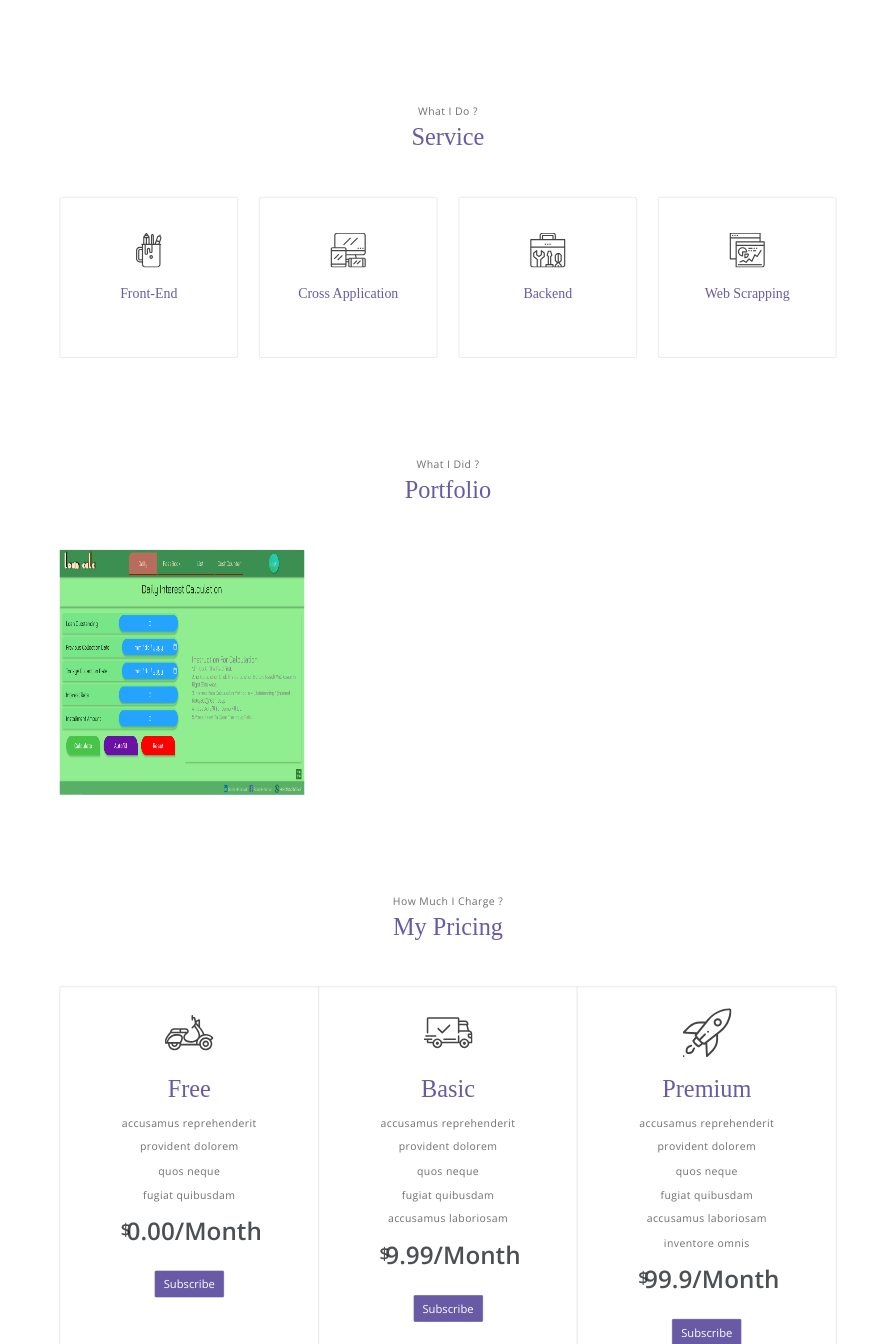
Repository: Soab42/portfolio
Page: /
The author's editor kept a copy of each file at every save. The page is drawn from the files as they stood at one save, then again after the next save.
The browser window is 1280 px wide. The pictures show the part of the page from y = 1175 to 3095 px (the page is 5436 px tall), at 70% of full size.
Some web fonts or font styles are not loaded; a fallback is used. The project was rebuilt for these pictures with package versions that can differ from the ones it lists, and the page was loaded fresh each time. The framework's server and built-in components were replaced by stand-ins that run in the browser. Also part of the build but not shown: next.config.js.

Above is the page before, as saved 2023-10-09 14:14:09.

### app/layout.js
import "./globals.css";

export const metadata = {
  title: "syfuddhin",
  description: "Portfolio application for Soab Mahmud Syfuddhin",
};

export default function RootLayout({ children }) {
  return (
    <html lang="en">
      <body>{children}</body>
    </html>
  );
}

### app/page.js
/* eslint-disable @next/next/no-sync-scripts */
"use client";

import Nav from "@/components/Nav";
import "../public/assets/css/meyawo.css";
import { useEffect, useState } from "react";
import Heaader from "@/components/Heaader";
import About from "@/components/About";
import Service from "@/components/Service";
import Portfolio from "@/components/Portfolio";
import Pricing from "@/components/Pricing";
import Testmonial from "@/components/Testmonial";
import Contact from "@/components/Contact";
import Footer from "@/components/Footer";
import Blog from "@/components/Blog";
import Hire from "@/components/Hire";

export default function Home() {
  // Function to update scroll position
  const [scroll, setScroll] = useState(false);
  const updateScrollPosition = () => {
    const currentPosition =
      window.pageYOffset || document.documentElement.scrollTop;
    if (currentPosition >= 600) {
      setScroll(true);
    } else {
      setScroll(false);
    }
  };
  // Add scroll event listener on component mount
  useEffect(() => {
    window.addEventListener("scroll", updateScrollPosition);
    return () => {
      // Clean up the event listener on component unmount
      window.removeEventListener("scroll", updateScrollPosition);
    };
  }, []);

  return (
    <body>
      {/* <!-- Page Navbar --> */}
      <Nav scroll={scroll} />
      {/* <!-- End of Page Navbar --> */}
      {/* <!-- page header --> */}
      <Heaader />
      {/* <!-- end of page header --> */}
      {/* <!-- about section --> */}
      <About />
      {/* <!-- end of about section --> */}
      {/* <!-- service section --> */}
      <Service />
      {/* <!-- end of service section --> */}
      {/* <!-- portfolio section --> */}
      <Portfolio />
      {/* <!-- end of portfolio section --> */}
      {/* <!-- pricing section --> */}
      <Pricing />
      {/* <!-- end of pricing section --> */}
      {/* <!-- section --> */}
      <Hire />
      {/* <!-- end of section --> */}
      {/* <!-- testimonial section --> */}
      <Testmonial />
      {/* <!-- end of testimonial section --> */}
      {/* <!-- blog section --> */}
      <Blog />
      {/* <!-- end of blog section --> */}
      {/* <!-- contact section --> */}
      <Contact />
      {/* <!-- end of contact section --> */}
      {/* <!-- footer --> */}
      <Footer />
    </body>
  );
}

### components/Nav.js
import { setupNavigation } from "@/public/assets/js/soab";
import React from "react";

export default function Nav({ scroll }) {
  return (
    <nav className={`custom-navbar ${scroll && "affix"}`}>
      <div className="container">
        <a className="logo" href="#">
          .Syfuddhin
        </a>
        <ul className="nav">
          <li className="item">
            <a className="link" href="#home">
              Home
            </a>
          </li>
          <li className="item">
            <a className="link" href="#about">
              About
            </a>
          </li>
          <li className="item">
            <a className="link" href="#portfolio">
              Portfolio
            </a>
          </li>
          <li className="item">
            <a className="link" href="#testmonial">
              Testmonial
            </a>
          </li>
          <li className="item">
            <a className="link" href="#blog">
              Blog
            </a>
          </li>
          <li className="item">
            <a className="link" href="#contact">
              Contact
            </a>
          </li>
          <li className="item ml-md-3">
            <a href="components.html" className="btn btn-primary">
              Components
            </a>
          </li>
        </ul>
        <btn
          href="#"
          id="nav-toggle"
          onClick={() => setupNavigation()}
          className="hamburger hamburger--elastic"
        >
          <div className="hamburger-box">
            <div className="hamburger-inner"></div>
          </div>
        </btn>
      </div>
    </nav>
  );
}

### components/Heaader.js
import React from "react";

export default function Heaader() {
  return (
    <header id="home" className="header">
      <div className="overlay"></div>
      <div className="header-content container">
        <h1 className="header-title">
          <span className="up">HI!</span>
          <span className="down">I am Soab Mahmud </span>
        </h1>
        <p className="header-subtitle">FRONTEND WEB DEVELOPER</p>

        <a href="#portfolio" className="btn btn-primary">
          Visit My Works
        </a>
      </div>
    </header>
  );
}

### components/About.js
import Image from "next/image";
import React from "react";

export default function About() {
  return (
    <section className="section pt-5 bg-white" id="about">
      {/* <!-- container --> */}
      <div className="container text-center">
        {/* <!-- about wrapper --> */}
        <div className="about">
          <div className="about-img-holder">
            <Image
              width={600}
              height={400}
              src="/assets/imgs/man.png"
              className="about-img"
              alt="Download free bootstrap 4 landing page, free boootstrap 4 templates, Download free bootstrap 4.1 landing page, free boootstrap 4.1.1 templates, meyawo Landing page"
            />
          </div>
          <div className="about-caption">
            <p className="section-subtitle">Who Am I ?</p>
            <h2 className="section-title mb-3">About Me</h2>
            <div>
              <span>
                I am a dedicated web developer with a passion for creating
                digital experiences that leave a mark.
              </span>

              <span>
                Beyond the screen, I&apos;m a sports enthusiast, finding joy in
                playing cricket and football under the open sky. Traveling is my
                escape, as it exposes me to diverse cultures and fuels my
                creativity. Writing is not just a skill; it&apos;s an art form I
                cherish. Honesty is my cornerstone, and teamwork is my strength.
              </span>
              <span>
                I&apos;m a diligent, quick learner who thrives on challenges and
                embraces them as opportunities. My hunger for knowledge is
                insatiable, and I relish acquiring new skills and exploring the
                ever-evolving world of web development. Every day is a chance to
                grow and innovate.
                <hr />
              </span>
            </div>
            <button className="btn-rounded btn btn-outline-primary mt-4">
              Download CV
            </button>
          </div>
        </div>
        {/* <!-- end of about wrapper --> */}
      </div>
      {/* <!-- end of container --> */}
    </section>
  );
}

### components/Service.js
import Image from "next/image";
import React from "react";

export default function Service() {
  return (
    <section className="section bg-white" id="service">
      <div className="container text-center">
        <p className="section-subtitle">What I Do ?</p>
        <h5 className="section-title mb-6">Service</h5>

        {/* <!-- row --> */}
        <div className="row ">
          <div className="col-md-6 col-lg-3">
            <div className="service-card">
              <div className="body">
                <Image
                  width={60}
                  height={50}
                  src="/assets/imgs/pencil-case.svg"
                  alt="Download free bootstrap 4 landing page, free boootstrap 4 templates, Download free bootstrap 4.1 landing page, free boootstrap 4.1.1 templates, meyawo Landing page"
                  className="icon"
                />
                <h5 className="title">Front-End</h5>
                <p className="subtitle">
                  I craft engaging web interfaces ensuring seamless user
                  experiences and captivating designs.
                </p>
              </div>
            </div>
          </div>
          <div className="col-md-6 col-lg-3">
            <div className="service-card">
              <div className="body">
                <Image
                  width={60}
                  height={50}
                  src="/assets/imgs/responsive.svg"
                  alt="Download free bootstrap 4 landing page, free boootstrap 4 templates, Download free bootstrap 4.1 landing page, free boootstrap 4.1.1 templates, meyawo Landing page"
                  className="icon"
                />

                <h5 className="title">Cross Application</h5>
                <p className="subtitle">
                  I create cross-platform mobile applications using Flutter and
                  React Native for efficient and versatile app development.
                </p>
              </div>
            </div>
          </div>
          <div className="col-md-6 col-lg-3">
            <div className="service-card">
              <div className="body">
                <Image
                  width={60}
                  height={50}
                  src="/assets/imgs/toolbox.svg"
                  alt="Download free bootstrap 4 landing page, free boootstrap 4 templates, Download free bootstrap 4.1 landing page, free boootstrap 4.1.1 templates, meyawo Landing page"
                  className="icon"
                />
                <h5 className="title">Backend</h5>
                <p className="subtitle">
                  Offering backend development services, I create efficient,
                  secure, and scalable solutions for your applications.
                </p>
              </div>
            </div>
          </div>
          <div className="col-md-6 col-lg-3">
            <div className="service-card">
              <div className="body">
                <Image
                  width={60}
                  height={50}
                  src="/assets/imgs/analytics.svg"
                  alt="Download free bootstrap 4 landing page, free boootstrap 4 templates, Download free bootstrap 4.1 landing page, free boootstrap 4.1.1 templates, meyawo Landing page"
                  className="icon"
                />
                <h5 className="title">Web Scrapping</h5>
                <p className="subtitle">
                  I provide web scraping services, extracting data from websites
                  ensuring accurate and ethical data retrieval.
                </p>
              </div>
            </div>
          </div>
        </div>
        {/* <!-- end of row --> */}
      </div>
    </section>
  );
}

### components/Portfolio.js
import { projects } from "@/data/projects";
import Image from "next/image";
import ProjectsCard from "./ProjectsCard";

export default function Portfolio() {
  return (
    <section className="section bg-white" id="portfolio">
      <div className="container text-center">
        <p className="section-subtitle">What I Did ?</p>
        <h5 className="section-title mb-6">Portfolio</h5>

        {/* <!-- row --> */}
        <div className="row">
          {projects.map((project) => (
            <ProjectsCard key={project.imgLink} project={project} />
          ))}
          {/* <div className="col-md-4">
            <a href="#" className="portfolio-card">
              <Image
                width={350}
                height={350}
                src="/assets/imgs/folio-1.jpg"
                className="portfolio-card-img"
                alt="Download free bootstrap 4 landing page, free boootstrap 4 templates, Download free bootstrap 4.1 landing page, free boootstrap 4.1.1 templates, meyawo Landing page"
              />
              <span className="portfolio-card-overlay">
                <span className="portfolio-card-caption">
                  <h4>Web Designing</h4>
                  <p className="font-weight-normal">Category: Web Templates</p>
                </span>
              </span>
            </a>
          </div>
          <div className="col-md-4">
            <a href="#" className="portfolio-card">
              <Image
                width={350}
                height={350}
                className="portfolio-card-img img-responsive rounded"
                src="/assets/imgs/folio-2.jpg"
                alt="Download free bootstrap 4 landing page, free boootstrap 4 templates, Download free bootstrap 4.1 landing page, free boootstrap 4.1.1 templates, meyawo Landing page"
              />
              <span className="portfolio-card-overlay">
                <span className="portfolio-card-caption">
                  <h4>Web Designing</h4>
                  <p className="font-weight-normal">Category: Web Templates</p>
                </span>
              </span>
            </a>
          </div>
          <div className="col-md-4">
            <a href="#" className="portfolio-card">
              <Image
                width={350}
                height={350}
                className="portfolio-card-img img-responsive rounded"
                src="/assets/imgs/folio-3.jpg"
                alt="Download free bootstrap 4 landing page, free boootstrap 4 templates, Download free bootstrap 4.1 landing page, free boootstrap 4.1.1 templates, meyawo Landing page"
              />
              <span className="portfolio-card-overlay">
                <span className="portfolio-card-caption">
                  <h4>Web Designing</h4>
                  <p className="font-weight-normal">Category: Web Templates</p>
                </span>
              </span>
            </a>
          </div> */}
        </div>
        {/* <!-- end of row --> */}
      </div>
      {/* <!-- end of container --> */}
    </section>
  );
}

### components/Testmonial.js
import Image from "next/image";
import React from "react";

export default function Testmonial() {
  return (
    <section className="section bg-white" id="testmonial">
      <div className="container text-center">
        <p className="section-subtitle">What Think Client About Me ?</p>
        <h5 className="section-title mb-6">Testmonial</h5>

        {/* <!-- row --> */}
        <div className="row">
          <div className="col-md-6">
            <div className="testimonial-card">
              <div className="testimonial-card-img-holder">
                <Image
                  width={80}
                  height={70}
                  src="/assets/imgs/avatar2.jpg"
                  className="testimonial-card-img"
                  alt="Download free bootstrap 4 landing page, free boootstrap 4 templates, Download free bootstrap 4.1 landing page, free boootstrap 4.1.1 templates, meyawo Landing page"
                />
              </div>
              <div className="testimonial-card-body">
                <p className="testimonial-card-subtitle">
                  Lorem ipsum dolor sit amet, consectetur adipisicing elit.
                  Eaque doloribus autem aperiam earum nostrum omnis blanditiis
                  corporis perspiciatis adipisci nihil.
                </p>
                <h5 className="testimonial-card-title">Emily Reb</h5>
              </div>
            </div>
          </div>
          <div className="col-md-6">
            <div className="testimonial-card">
              <div className="testimonial-card-img-holder">
                <Image
                  width={80}
                  height={70}
                  src="/assets/imgs/avatar3.jpg"
                  className="testimonial-card-img"
                  alt="Download free bootstrap 4 landing page, free boootstrap 4 templates, Download free bootstrap 4.1 landing page, free boootstrap 4.1.1 templates, meyawo Landing page"
                />
              </div>
              <div className="testimonial-card-body">
                <p className="testimonial-card-subtitle">
                  Lorem ipsum dolor sit amet, consectetur adipisicing elit.
                  Eaque doloribus autem aperiam earum nostrum omnis blanditiis
                  corporis perspiciatis adipisci nihil.
                </p>
                <h5 className="testimonial-card-title">Emily Reb</h5>
              </div>
            </div>
          </div>
        </div>
      </div>
      {/* <!-- end of container --> */}
    </section>
  );
}

### components/Contact.js
import React from "react";

export default function Contact() {
  return (
    <section className="section bg-white" id="contact">
      <div className="container text-center">
        <p className="section-subtitle">How can you communicate?</p>
        <h5 className="section-title mb-5">Contact Me</h5>

        {/* <!-- contact form --> */}
        <form action="" className="contact-form col-md-10 col-lg-8 m-auto">
          <div className="form-row">
            <div className="form-group col-sm-6">
              <input
                type="text"
                size="50"
                className="form-control"
                placeholder="Your Name"
                required={true}
              />
            </div>
            <div className="form-group col-sm-6">
              <input
                type="email"
                className="form-control"
                placeholder="Enter Email"
                required={true}
              />
            </div>
            <div className="form-group col-sm-12">
              <textarea
                name="comment"
                id="comment"
                rows="6"
                className="form-control"
                placeholder="Write Something"
              ></textarea>
            </div>
            <div className="form-group col-sm-12 mt-3">
              <input
                type="submit"
                value="Send Message"
                className="btn btn-outline-primary rounded"
              />
            </div>
          </div>
        </form>
        {/* <!-- end of contact form --> */}
      </div>
      {/* <!-- end of container --> */}
    </section>
  );
}

### components/Footer.js
import React from "react";
import {
  FaFacebook,
  FaFacebookF,
  FaGithub,
  FaGoogle,
  FaInstagram,
  FaLinkedin,
  FaLinkedinIn,
  FaWhatsapp,
} from "react-icons/fa";
import {
  TiMail,
  TiSocialFacebook,
  TiSocialGithub,
  TiSocialInstagram,
  TiSocialLinkedin,
} from "react-icons/ti";

export default function Footer() {
  return (
    <div className="footerDiv bg-white">
      <footer className="footer ">
        <p className="mb-0">
          Copyright {new Date().getFullYear()}
          &copy;SYFUDDHIN
        </p>
        <div className="social-links text-right m-auto ml-sm-auto">
          <a href="#" className="link">
            <FaFacebookF />
          </a>
          <a href="#" className="link">
            <FaGoogle />
          </a>
          <a href="#" className="link">
            <FaInstagram />
          </a>

          <a href="#" className="link">
            <FaGithub />
          </a>
          <a href="#" className="link">
            <FaLinkedinIn />
          </a>
          <a href="#" className="link">
            <FaWhatsapp />
          </a>
        </div>
      </footer>
    </div>
  );
}

### components/Hire.js
import React from "react";

export default function Hire() {
  return (
    <section className="section-sm bg-primary ">
      {/* <!-- container --> */}
      <div className="container text-center text-sm-left">
        {/* <!-- row --> */}
        <div className="row align-items-center">
          <div className="col-sm offset-md-1 mb-4 mb-md-0">
            <h5 className="title text-light">Want to work with me?</h5>
            <p className="m-0 text-light">
              Always feel Free to Contact & Hire me
            </p>
          </div>
          <div className="col-sm offset-sm-2 offset-md-3">
            <button className="btn btn-lg my-font btn-light rounded">
              Hire Me
            </button>
          </div>
        </div>
        {/* <!-- end of row --> */}
      </div>
      {/* <!-- end of container --> */}
    </section>
  );
}

### public/assets/js/soab.js
export function setupNavigation() {
  var button = document.getElementById("nav-toggle");

  console.log(button);

  button.classList.toggle("is-active");
  var navList = document.querySelector("ul.nav");
  if (navList) {
    navList.classList.toggle("show");
  }
}

### data/projects.js
export const projects = [
  {
    imgLink: "/assets/imgs/loancalc.png",
    title: "Loan Calculator",
    category: "Web Development",
  },
];

### components/ProjectsCard.js
import Image from "next/image";

export default function ProjectsCard({ project }) {
  const { imgLink, title, category } = project;
  return (
    <div className="col-md-4">
      <a href="#" className="portfolio-card">
        <Image
          width={450}
          height={350}
          src={imgLink}
          className="portfolio-card-img"
          alt="Download free bootstrap 4 landing page, free boootstrap 4 templates, Download free bootstrap 4.1 landing page, free boootstrap 4.1.1 templates, meyawo Landing page"
        />
        <span className="portfolio-card-overlay">
          <span className="portfolio-card-caption">
            <h4>{title}</h4>
            <p className="font-weight-normal">Category: {category}</p>
          </span>
        </span>
      </a>
    </div>
  );
}

Loaded but not shown: app/globals.css (common file); public/assets/css/meyawo.css (library); components/Pricing.js (112 lines, source omitted); components/Blog.js (108 lines, source omitted)

After the next save:
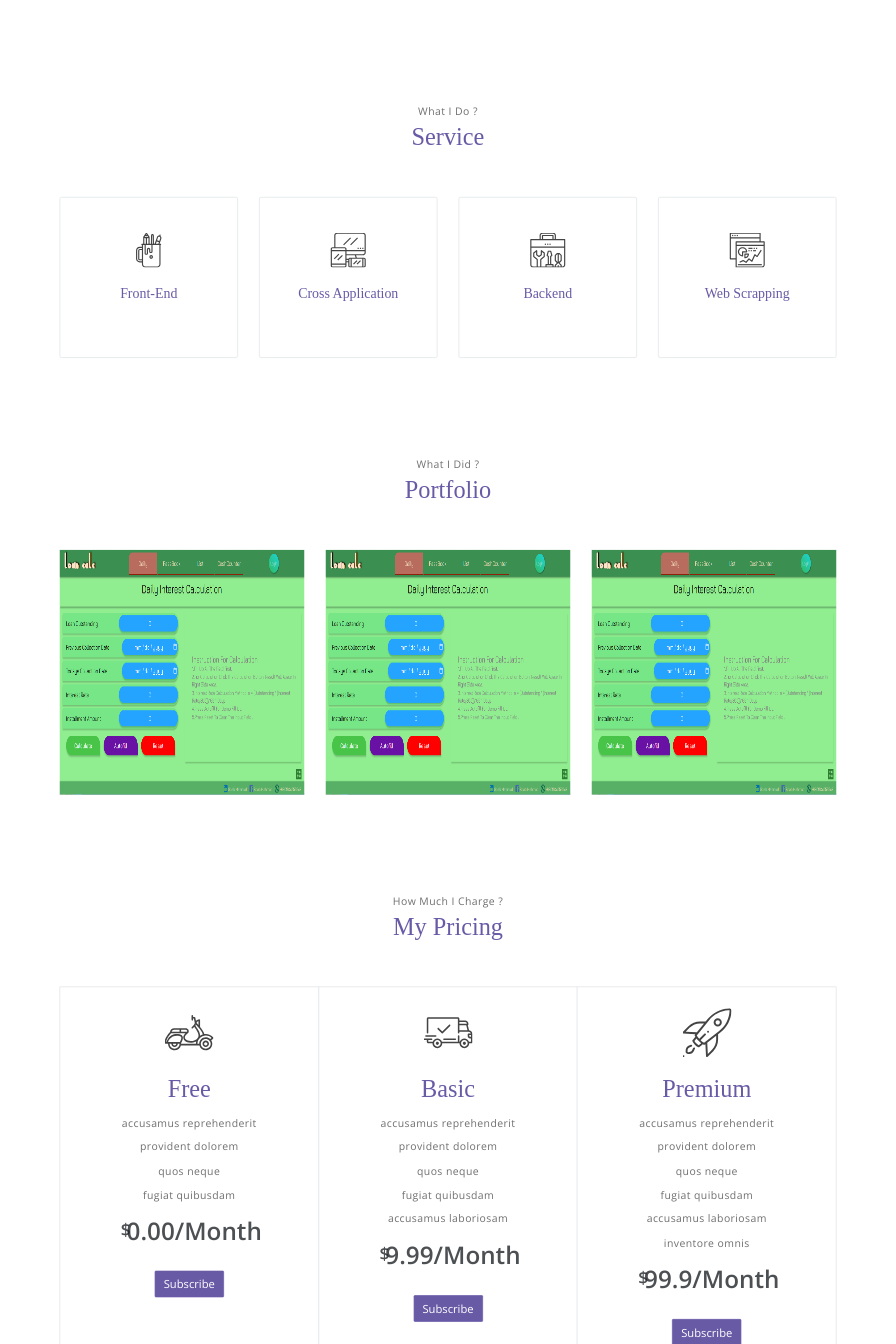
Saved 113 s later.
--- a/data/projects.js
+++ b/data/projects.js
@@ -4,4 +4,14 @@ export const projects = [
     title: "Loan Calculator",
     category: "Web Development",
   },
+  {
+    imgLink: "/assets/imgs/loancalc.png",
+    title: "Loan Calculator",
+    category: "Web Development",
+  },
+  {
+    imgLink: "/assets/imgs/loancalc.png",
+    title: "Loan Calculator",
+    category: "Web Development",
+  },
 ];
